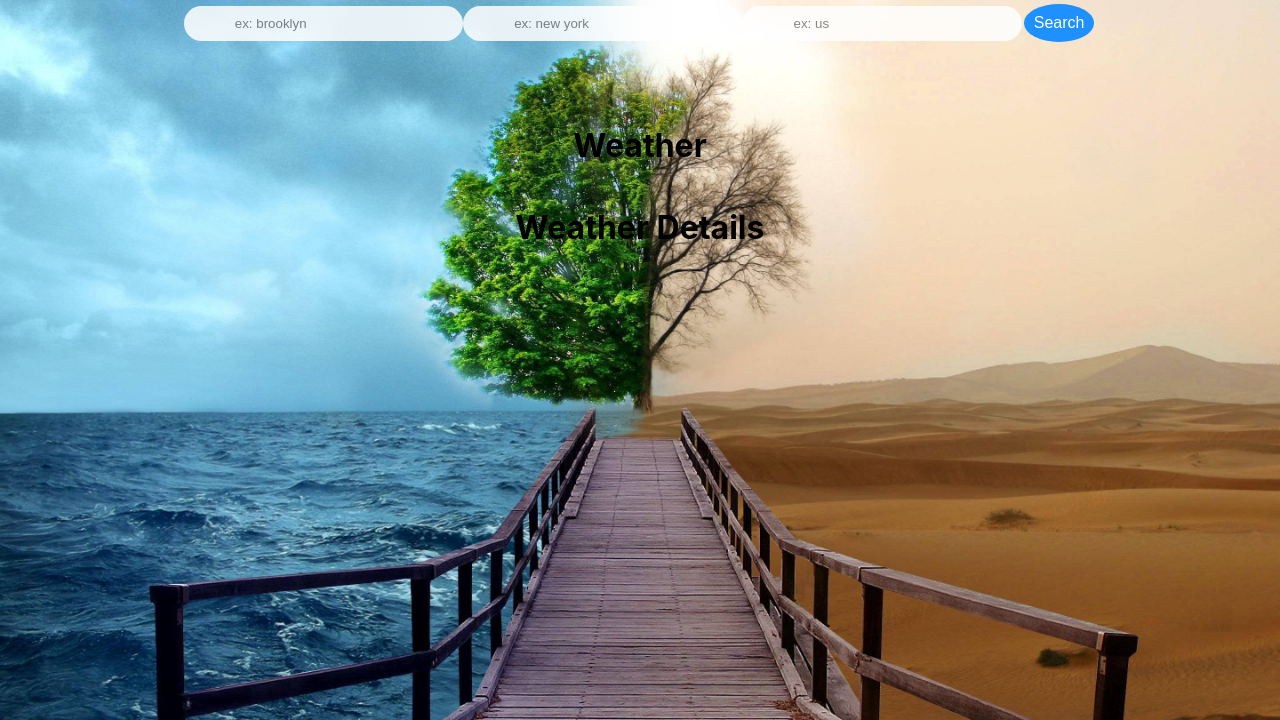
Repository: Mohsin231/Weather_App
Page: /
An editor plug-in stored every save of this project. The page is shown before and after the next save, followed by the edit.
The browser window is 1280 px wide. The pictures show the whole page.
The project was rebuilt for these pictures with package versions that can differ from the ones it lists, and the page was loaded fresh each time.

Above is the page before, as saved 2021-01-25 04:35:37.

After the next save:
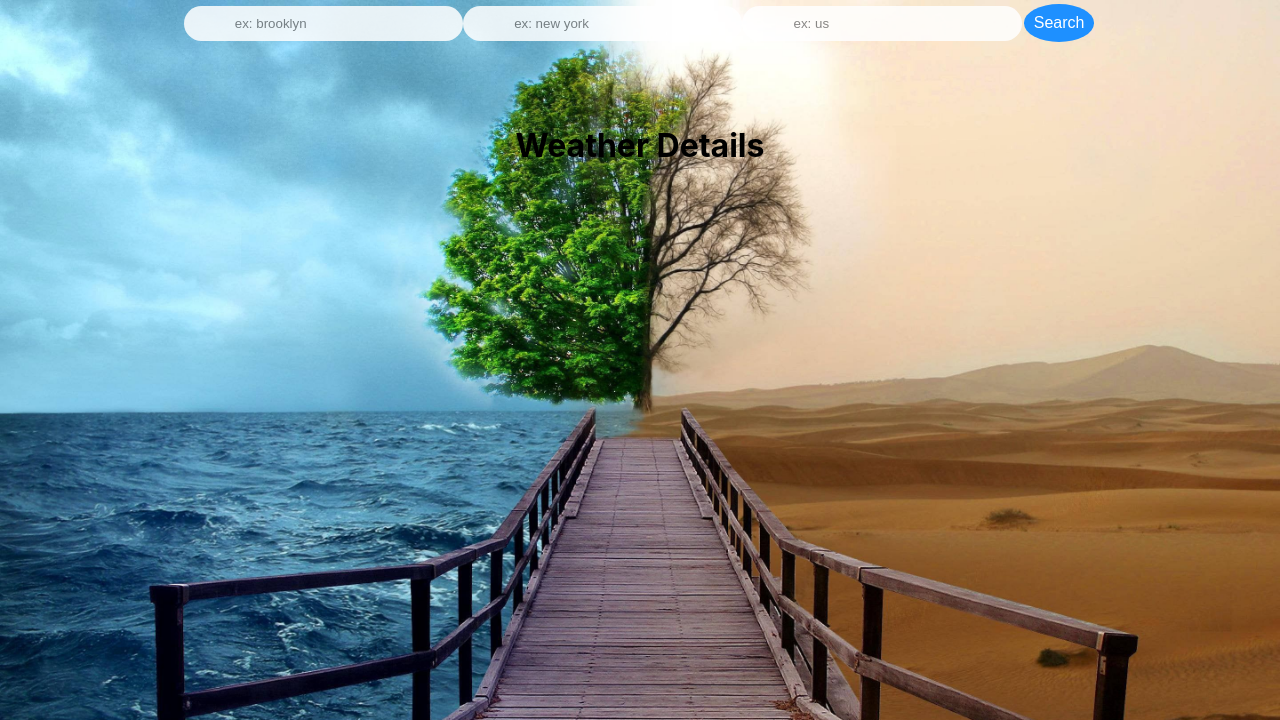
Saved 10 s later.
--- a/src/Components/Weather.js
+++ b/src/Components/Weather.js
@@ -7,7 +7,6 @@ const Weather = ({ data, setData, weatherData }) => {
 
   return (
       <div className="main">
-        <h1>Weather</h1>
 
         {weatherData &&
         (
